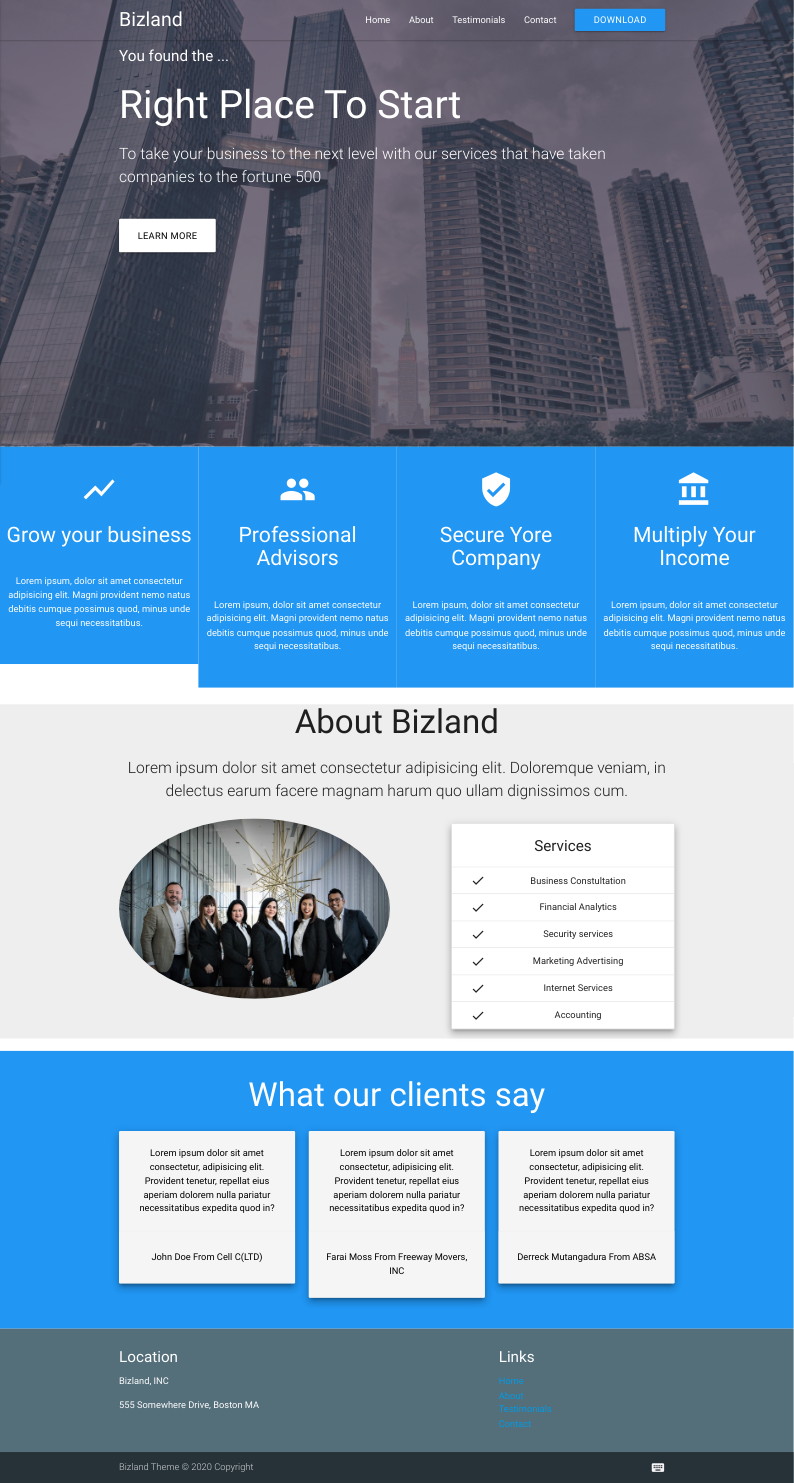
Repository: farrdy/bizland
Page: index.html
The author's editor kept a copy of each file at every save. The page is drawn from the files as they stood at one save, then again after the next save.
The browser window is 1280 px wide. The pictures show the whole page, at 62% of full size.
Some web libraries are served in a nearby version.

Above is the page before, as saved 2020-01-05 16:08:08.

After the next save:
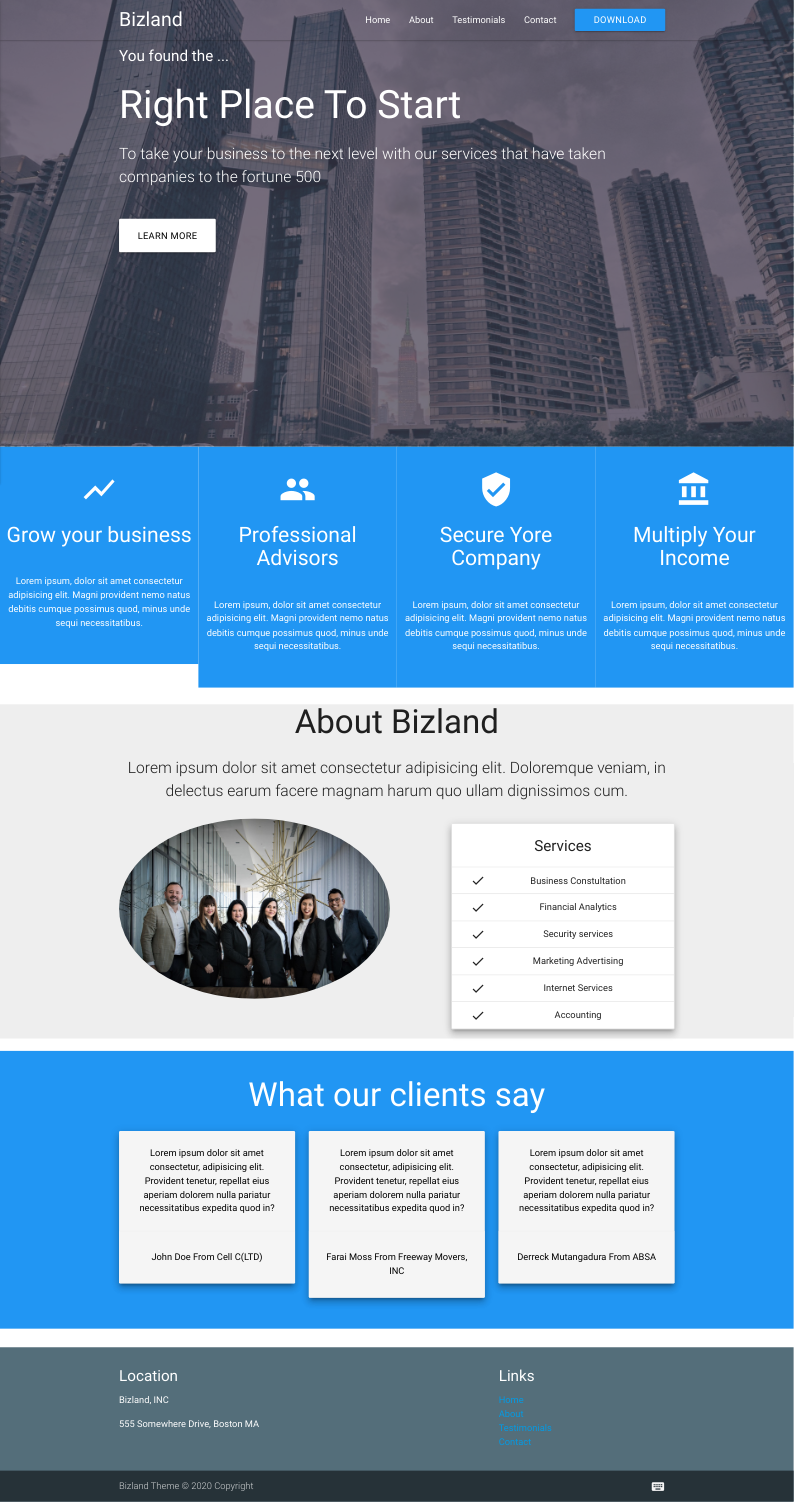
Saved 6 h 27 min later.
--- a/index.html
+++ b/index.html
@@ -235,6 +235,12 @@
         </div>
       </div>
     </section>
+
+    <!-- section :Contact -->
+
+    <section class="section section-contact center scrollspy">
+      <div id="googlemap"></div>
+    </section>
     <!-- FOOTER: SECTION -->
 
     <footer class="page-footer blue-grey darken-1">
